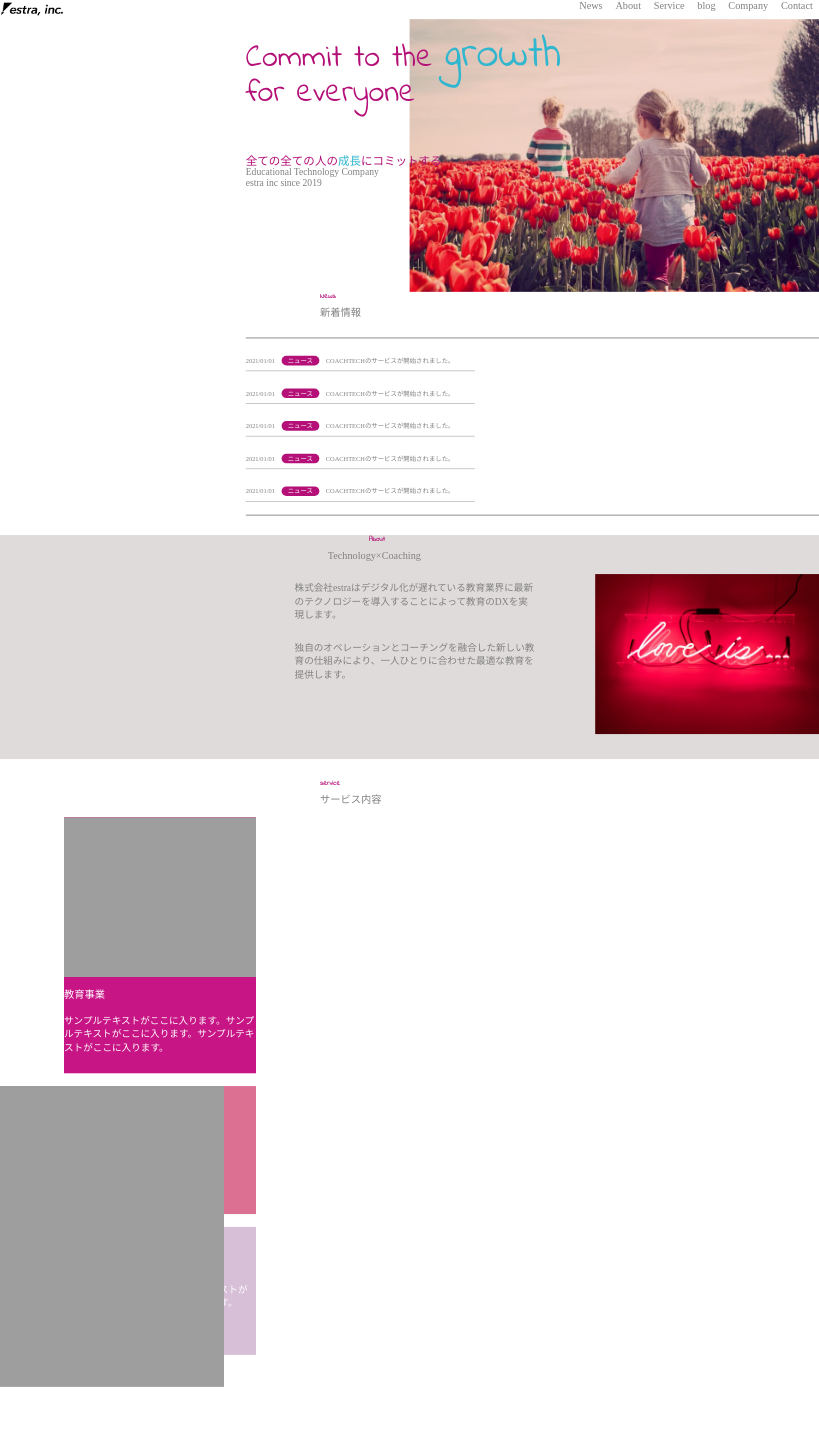
Repository: sigemasaasuka/20210902
Page: index.html
An editor plug-in stored every save of this project. The page is shown before and after the next save, followed by the edit.
The browser window is 1280 px wide. The pictures show the whole page, at 64% of full size.
Pictures or frames that could not be fetched are drawn as grey boxes.

Above is the page before, as saved 2021-09-25 21:16:11.

### index.html
<!DOCTYPE html>
<html lang="ja">

<head>
  <meta charset="UTF-8">
  <meta name="viewport" content="width=device-width, initial-scale=1.0">
  <title>Document</title>
  <link rel="stylesheet" href="css/style.css">
  <link rel="stylesheet" href="css/reset.css">
  <link rel="preconnect" href="https://fonts.googleapis.com">
  <link rel="preconnect" href="https://fonts.gstatic.com" crossorigin>
  <link href="https://fonts.googleapis.com/css2?family=Indie+Flower&display=swap" rel="stylesheet">
</head>

<body>
  <div class="flex">
    <div class="logo">
      <img src="img/img/estra_logo.png" alt="estra_logo" width="100px" height="30px">
    </div>
    <div class="parent">
      <div class="child">News</div>
      <div class="child">About</div>
      <div class="child">Service</div>
      <div class="child">blog</div>
      <div class="child">Company</div>
      <div class="child">Contact</div>

    </div>
  </div>
  <div class="relative">
    <img class="relative__img" src="img/img/firstview.jpg" alt="firstview">
    <div class="example">
      <h1>Commit to the <span class="document"> growth</span> <br>for everyone</h1>
    </div>
    <div class="second">
      <h3>全ての全ての人の<span class="second-txt">成長</span>にコミットする</h3>
      <p class="subtitle">Educational Technology Company<br>estra inc since 2019</p>
    </div>
  </div>
  <div class="smlltitle">
    <h6>News</h6>
  </div>
  <div class="list">
    <h3>新着情報</h3>
  </div>
  <div class="local">
    <div class="info">
      <p>
        2021/01/01　<a class="practice__btn">ニュース</a>　COACHTECHのサービスが開始されました。
      </p>
    </div>
    <div class="info">
      <p>
        2021/01/01　<a class="practice__btn">ニュース</a>　COACHTECHのサービスが開始されました。
      </p>
    </div>
    <div class="info">
      <p>
        2021/01/01　<a class="practice__btn">ニュース</a>　COACHTECHのサービスが開始されました。
      </p>
    </div>
    <div class="info">
      <p>
        2021/01/01　<a class="practice__btn">ニュース</a>　COACHTECHのサービスが開始されました。
      </p>
    </div>
    <div class="info">
      <p>
        2021/01/01　<a class="practice__btn">ニュース</a>　COACHTECHのサービスが開始されました。
      </p>
    </div>
  </div>
  <div class="colored">
    <div class="smlltitle-2">
      <h6>About</h6>
    </div>
    <div class="list-2">
      <h3>Technology×Coaching</h3>
    </div>
    <div class="flex">
    <div class="info-txt">
      <div class="relate">
        株式会社estraはデジタル化が遅れている教育業界に最新のテクノロジーを導入することによって教育のDXを実現します。
      </div>
      <div class="relate-txt">
        独自のオペレーションとコーチングを融合した新しい教育の仕組みにより、一人ひとりに合わせた最適な教育を提供します。
      </div>

    </div>
      <div class="about">
        <img class="picture__img" src="img/img/about.jpg" alt="about">
      </div>
  </div>
  </div>

  <div class="service">
  <div class="smlltitle-3">
    <h6>service</h6>
  </div>
  <div class="list-3">
    <h3>サービス内容</h3>
  </div>
  <div class="colored2">
  <div class="photo">
    <img class="service__img" src="img/img/service__fitst.svg" alt="service">
  </div>
  <div class="title">
    <h3>教育事業</h3>
   </div>
  <div class="explain">
    サンプルテキストがここに入ります。サンプルテキストがここに入ります。サンプルテキストがここに入ります。
  </div>
  </div>
  <div class="colored3">
    <div class="photo2">
      <img class="service__img" src="img/img/service__fitst.svg" alt="service">
    </div>
    <div class="title2">
      <h3>教育事業</h3>
    </div>
    <div class="explain2">
      サンプルテキストがここに入ります。サンプルテキストがここに入ります。サンプルテキストがここに入ります。
    </div>
  </div>

  <div class="colored4">
    <div class="photo3">
      <img class="service__img" src="img/img/service__fitst.svg" alt="service">
    </div>
    <div class="title3">
      <h3>教育事業</h3>
    </div>
    <div class="explain3">
      サンプルテキストがここに入ります。サンプルテキストがここに入ります。サンプルテキストがここに入ります。
    </div>
  </div>
</div>


</body>

</html>

### css/style.css
.img {
  text-align: left;
}

.parent {
  display: flex;
  justify-content: space-between;
  color: gray;
}

.child {
  margin: 0 10px;
  font-weight: lighter;
}

.logo {
  width: 100px;
}
.flex {
  display: flex;
  justify-content: space-between;
  height: 30px;
}

.relative {
  position: relative;
}

.relative__img {
  margin: 0 0 0 auto;
  display: block;
  width: 50%;
}

.example {
  position: absolute;
  top: 5%;
  left: 30%;
  font-size: 50px;
  color: #b41078;
  font-family: "Indie Flower", cursive;
}

.document {
  top: 5%;
  left: 30%;
  font-size: 70px;
  color: #30b6cf;
  font-family: "Indie Flower", cursive;
}

.second {
  position: absolute;
  top: 50%;
  left: 30%;
  font-size: 18px;
  color: #b41078;
}

.second-txt {
  top: 50%;
  left: 30%;
  font-size: 18px;
  color: #30b6cf;
}

.subtitle {
  margin: 0;
  font-size: 15px;
  color: gray;
  font-weight: lighter;
}

.smlltitle {
  color: #b41078;
  font-family: "Indie Flower", cursive;
  margin-left: 500px;
}

.list {
  color: gray;
  margin-left: 500px;
  margin-top: 10px;
}

.local {
  margin-top: 30px;
  margin-left: 30%;
  margin-right: 30px;
  border-color: rgb(170, 168, 168);
  border-top: solid 2px rgb(170, 168, 168);
  border-bottom: solid 2px rgb(170, 168, 168);
  width: 70%;
}

.info {
  margin-bottom: 20px;
  border-width: 0 0 1px 0;
  border-style: solid;
  line-height: 30px;
  border-color: rgb(173, 171, 171);
  margin-top: 20px;
  padding-left: 0;
  font-size: 10px;
  color: gray;
  width: 40%;
}

.practice__btn {
  width: 100px;
  padding: 2px 10px;
  color: #fff;
  border-radius: 30px;
  background-color: #b41078;
  text-align: center;
  margin: 0 auto 0;
}

.colored {
  height: 350px;
  background-color: rgb(224, 219, 219);
  margin-top: 30px;
}
.smlltitle-2 {
  color: #b41078;
  font-family: "Indie Flower", cursive;
  margin-left: 45%;
}

.list-2 {
  color: gray;
  margin-left: 40%;
  margin-top: 10px;
}

.relate {
  color: gray;
  font-size: 15px;
  margin-left: 55%;
  margin-top: 30px;
}

.relate-txt {
  color: gray;
  font-size: 15px;
  margin-left: 55%;
  margin-top: 30px;
}

.picture__img {
  margin-top: 20px;
  width: 350px;
  height: 250px;
}

.smlltitle-3 {
  color: #b41078;
  font-family: "Indie Flower", cursive;
  margin-left: 500px;
  margin-top: 30px;
}

.list-3 {
  color: gray;
  margin-left: 500px;
  margin-top: 10px;
}
.colored2 {
  background-color: #c71585;
  margin-top: 20px;
  margin-left: 100px;
  width: 300px;
  height: 400px;
}

.service__img {
  width: 350px;
  height: 250px;
}

.title {
  margin-top: 20px;
  color: #fff;
}

.explain {
  margin-top: 20px;
  color: #fff;
  font-size: 15px;
}

.colored3 {
  background-color: #db7093;
  margin-top: 20px;
  width: 400px;
  height: 200px;
}

.service__img {
  width: 350px;
  height: 250px;
}

.title2 {
  margin-top: 20px;
  color: #fff;
}

.explain2 {
  margin-top: 20px;
  color: #fff;
  font-size: 15px;
}

.colored4 {
  background-color: #d8bfd8;
  margin-top: 20px;
  width: 400px;
  height: 200px;
}

.service__img {
  width: 350px;
  height: 250px;
}

.title3 {
  margin-top: 20px;
  color: #fff;
}

.explain3 {
  margin-top: 20px;
  color: #fff;
  font-size: 15px;
}

### css/reset.css
@charset "UTF-8";
html,
body,
div,
span,
applet,
object,
iframe,
h1,
h2,
h3,
h4,
h5,
h6,
p,
blockquote,
pre,
a,
abbr,
acronym,
address,
big,
cite,
code,
del,
dfn,
em,
img,
ins,
kbd,
q,
s,
samp,
small,
strike,
strong,
sub,
sup,
tt,
var,
b,
u,
i,
center,
dl,
dt,
dd,
ol,
ul,
li,
fieldset,
form,
label,
legend,
table,
caption,
tbody,
tfoot,
thead,
tr,
th,
td,
article,
aside,
canvas,
details,
embed,
figure,
figcaption,
footer,
header,
hgroup,
menu,
nav,
output,
ruby,
section,
summary,
time,
mark,
audio,
video {
  margin: 0;
  padding: 0;
  border: none;
  font-style: normal;
  text-align: left;
  zoom: 1;
}
article,
aside,
details,
figcaption,
figure,
footer,
header,
hgroup,
menu,
nav,
section {
  display: block;
}
table {
  border-collapse: collapse;
  font-family: inherit;
}
h1,
h2,
h3,
h4,
h5 {
  font-size: 100%;
  font-weight: normal;
  line-height: 1;
}
input,
textarea,
select {
  font-family: inherit;
  font-size: 16px;
}
input[type="button"],
input[type="text"],
input[type="submit"] {
  -webkit-appearance: none;
  border-radius: 0;
}
textarea {
  resize: none;
  -webkit-appearance: none;
  border-radius: 0;
}
th,
td {
  border-collapse: collapse;
}
table th,
table td {
  white-space: nowrap;
}
ul,
ol {
  list-style-type: none;
}
img {
  vertical-align: text-bottom;
  vertical-align: -webkit-baseline-middle;
  max-width: 100%;
  height: auto;
  width/***/: auto;
}

After the next save:
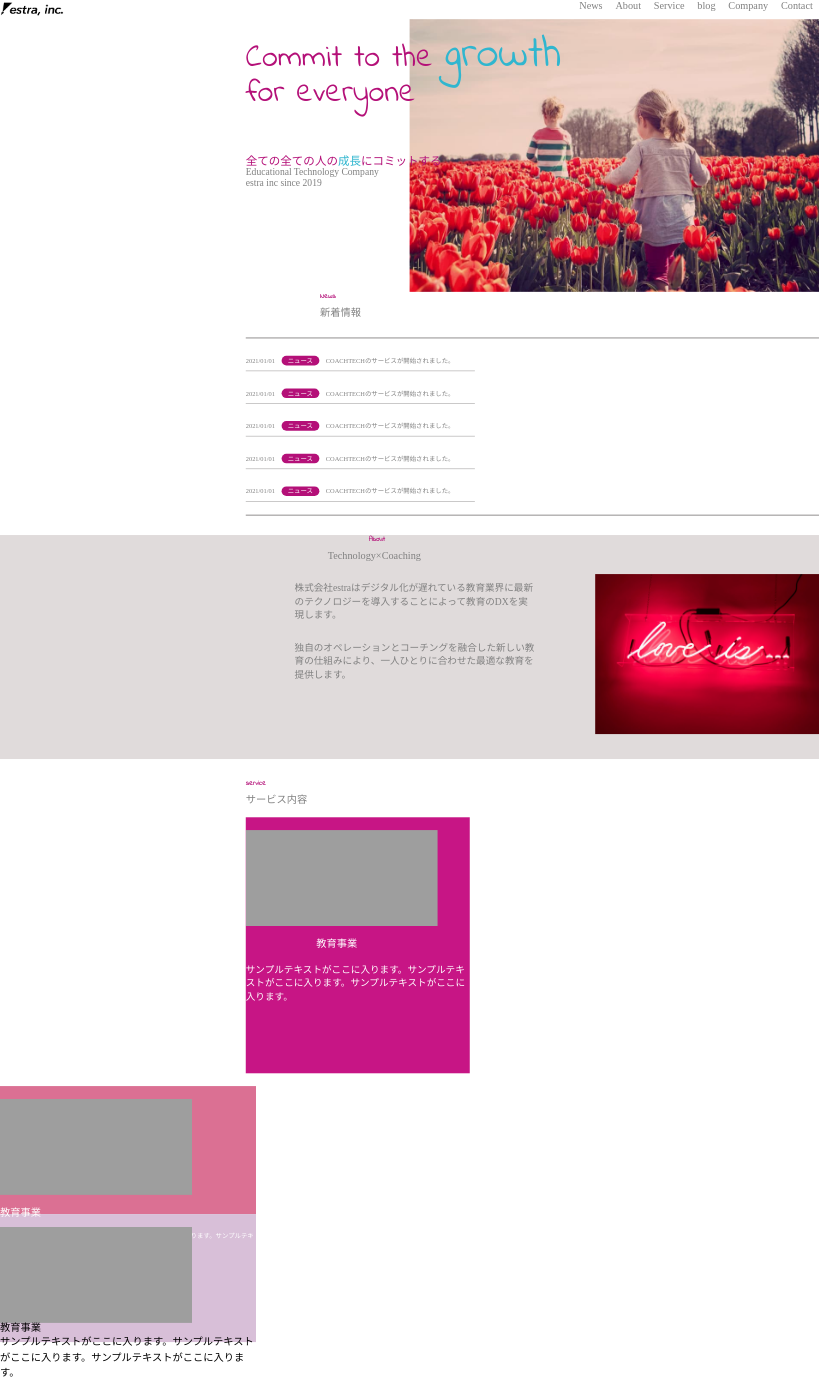
Saved 41 h 41 min later.
--- a/css/style.css
+++ b/css/style.css
@@ -156,31 +156,37 @@
 .smlltitle-3 {
   color: #b41078;
   font-family: "Indie Flower", cursive;
-  margin-left: 500px;
+  margin-left: 30%;
   margin-top: 30px;
 }
 
 .list-3 {
   color: gray;
-  margin-left: 500px;
+  margin-left: 30%;
   margin-top: 10px;
+}
+
+.contents {
+  display: flex;
 }
 .colored2 {
   background-color: #c71585;
   margin-top: 20px;
-  margin-left: 100px;
+  margin-left: 30%;
+  width: 350px;
+  height: 400px;
+}
+
+.service__img {
   width: 300px;
-  height: 400px;
-}
-
-.service__img {
-  width: 350px;
-  height: 250px;
+  height: 150px;
+  margin-top: 20px;
 }
 
 .title {
   margin-top: 20px;
   color: #fff;
+  margin-left: 110px;
 }
 
 .explain {
@@ -188,7 +194,10 @@
   color: #fff;
   font-size: 15px;
 }
-
+.contents2 {
+  display: flex;
+  flex-direction: column;
+}
 .colored3 {
   background-color: #db7093;
   margin-top: 20px;
@@ -196,9 +205,11 @@
   height: 200px;
 }
 
-.service__img {
-  width: 350px;
-  height: 250px;
+.service__img1 {
+  width: 180px;
+  height: 100px;
+  margin-top: 20px;
+  margin-left: auto;
 }
 
 .title2 {
@@ -209,28 +220,11 @@
 .explain2 {
   margin-top: 20px;
   color: #fff;
-  font-size: 15px;
+  font-size: 10px;
 }
 
 .colored4 {
   background-color: #d8bfd8;
-  margin-top: 20px;
   width: 400px;
   height: 200px;
 }
-
-.service__img {
-  width: 350px;
-  height: 250px;
-}
-
-.title3 {
-  margin-top: 20px;
-  color: #fff;
-}
-
-.explain3 {
-  margin-top: 20px;
-  color: #fff;
-  font-size: 15px;
-}
